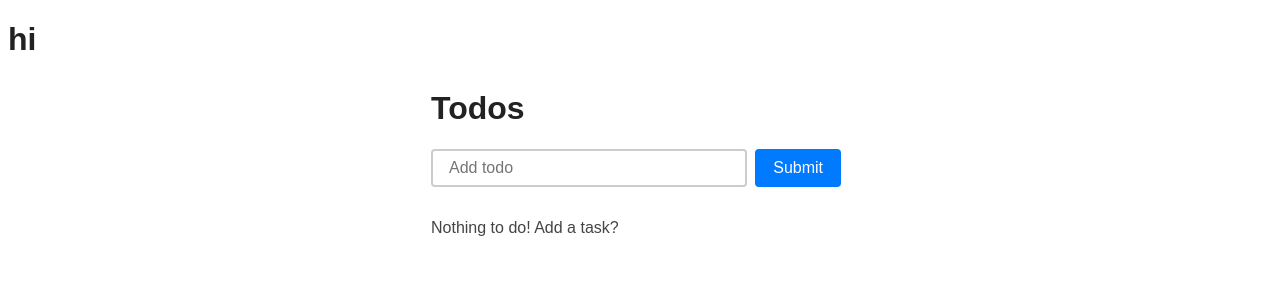
Repository: ChristiPWright/Vanilla-JS-MVC-To-Do-App
Page: To-Do/index.html
The author's editor kept a record of every edit. The page is drawn from the files as they stood at one moment, then again after the next edit.
The browser window is 1280 px wide. The pictures show the whole page.

Above is the page before.

After the next edit:
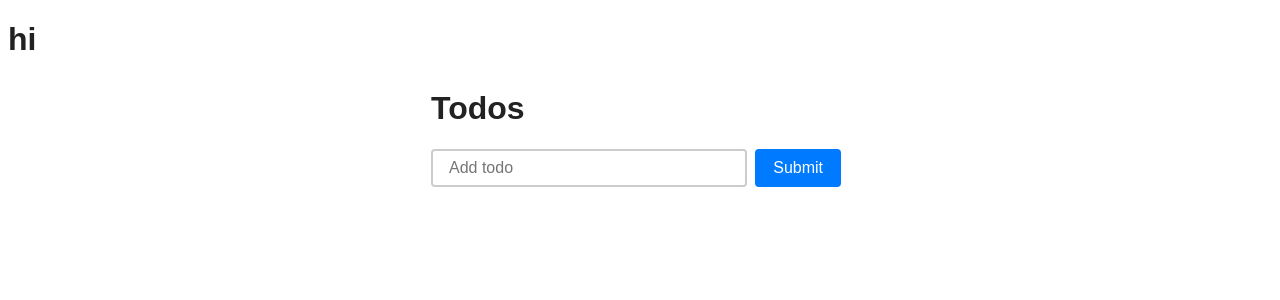
Console error: TypeError: this.view.displayTodos is not a function
The edit:
--- a/To-Do/script.js
+++ b/To-Do/script.js
@@ -229,7 +229,7 @@
   }
 
   onTodoListChanged = todos => {
-      this.view.displayTodo(todos)
+      this.view.displayTodos(todos)
   }
 
   handleAddTodo = todoText => {

After the 2 edits that followed:
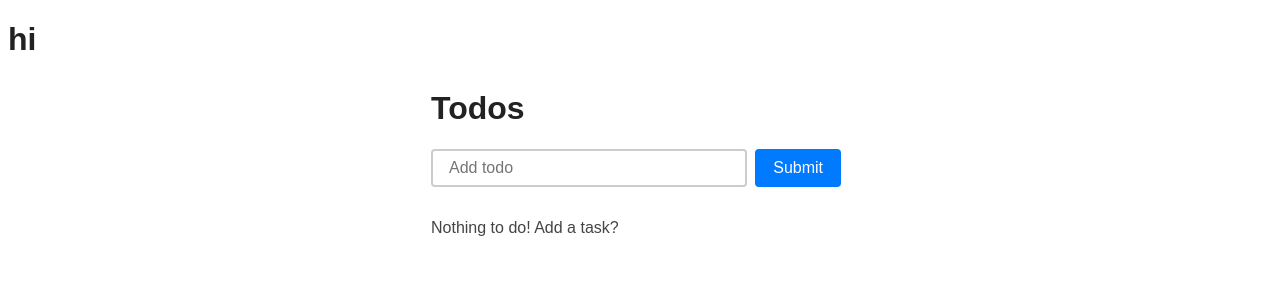
The error is gone.
The 2 edits are shown as one change because 1 left the picture as it was.
The edit:
--- a/To-Do/script.js
+++ b/To-Do/script.js
@@ -92,7 +92,7 @@
       return this.input.value
   }
 
-  privateResetInput(){
+  _resetInput(){
       this.input.value = ''
   }
 
@@ -173,7 +173,7 @@
 
           if(this.privateText) {
               handler(this.privateText)
-              this.privateResetInput()
+              this._resetInput()
           }
       })
   }
@@ -229,7 +229,7 @@
   }
 
   onTodoListChanged = todos => {
-      this.view.displayTodos(todos)
+      this.view.displayTodo(todos)
   }
 
   handleAddTodo = todoText => {
